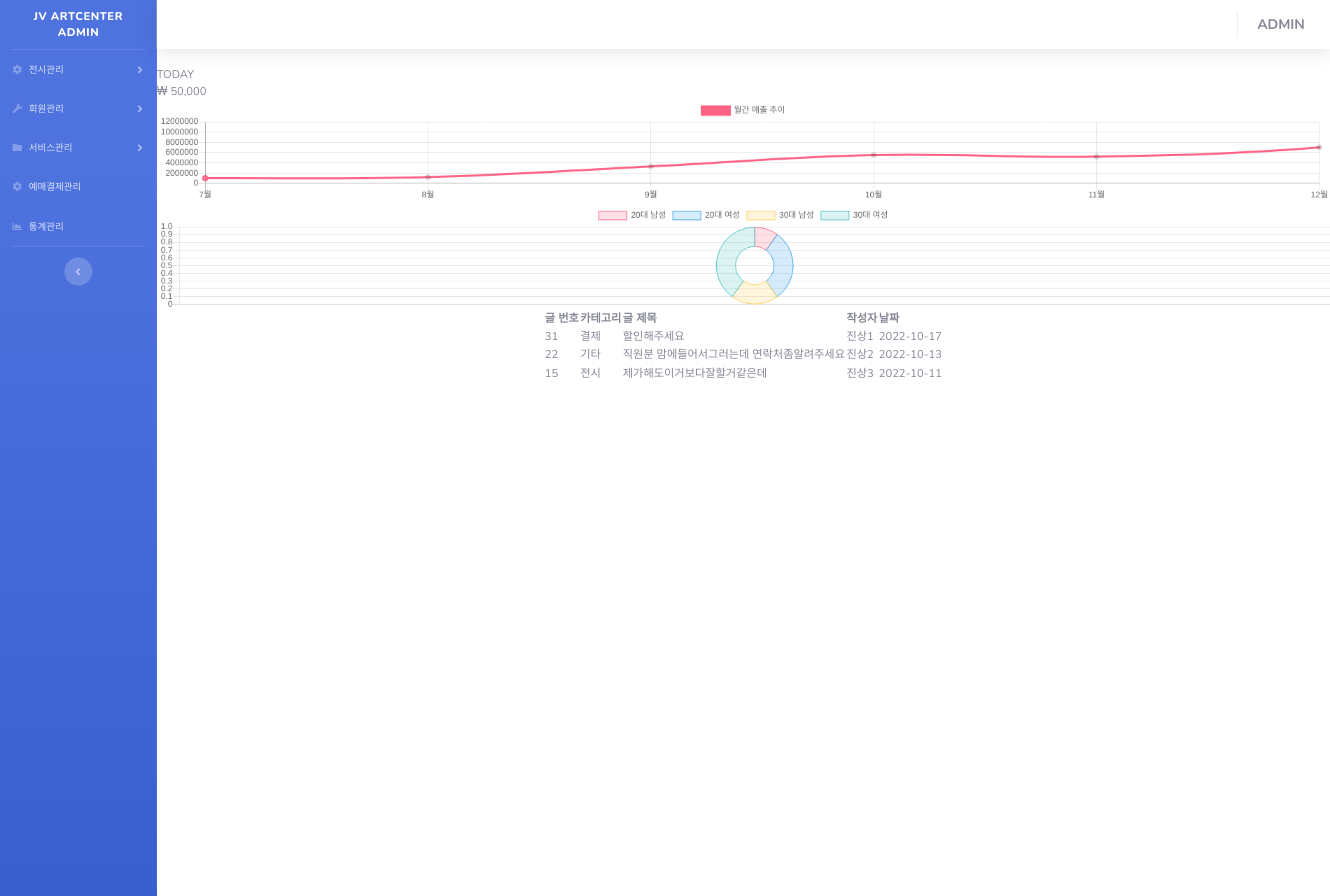
Repository: pshysd/SEMI_PROJECT
Page: http://localhost/JVArtCenter/views/admin/adminMain.jsp
An editor plug-in stored every save of this project. The page is shown before and after the next save, followed by the edit.
The browser window is 1280 px wide. The page is 1900 px wide, so the pictures cover 1900 px, including what lies to the right of the window. The pictures show the part of the page from y = 0 to 1280 px (the page is 2400 px tall), at 70% of full size.
Some web libraries are served in a nearby version. The page is served by Tomcat 9. Nobody is signed in. The application's start-up code is not run.

Above is the page before, as saved 2022-10-27 09:12:00.
Console error: TypeError: Cannot read properties of null (reading 'length')

After the next save:
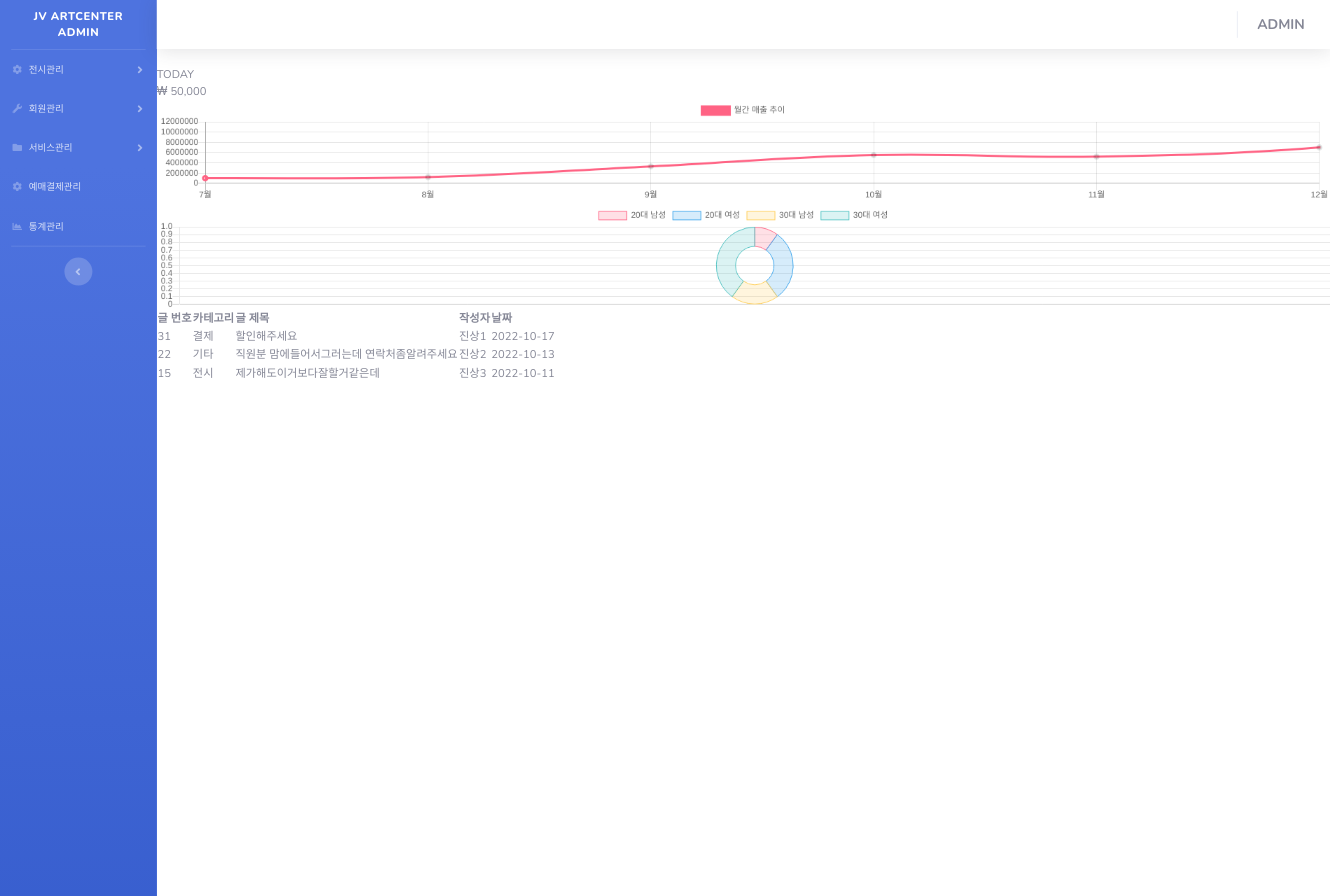
Saved 10 s later.
--- a/JVArtCenter/WebContent/views/admin/adminMain.jsp
+++ b/JVArtCenter/WebContent/views/admin/adminMain.jsp
@@ -180,7 +180,7 @@
 						-> 글 제목 클릭 시 상세페이지
 					-->
 					<div>
-						<table style="margin: auto;">
+						<table>
 							<thead>
 								<tr>
 									<th>글 번호</th>
